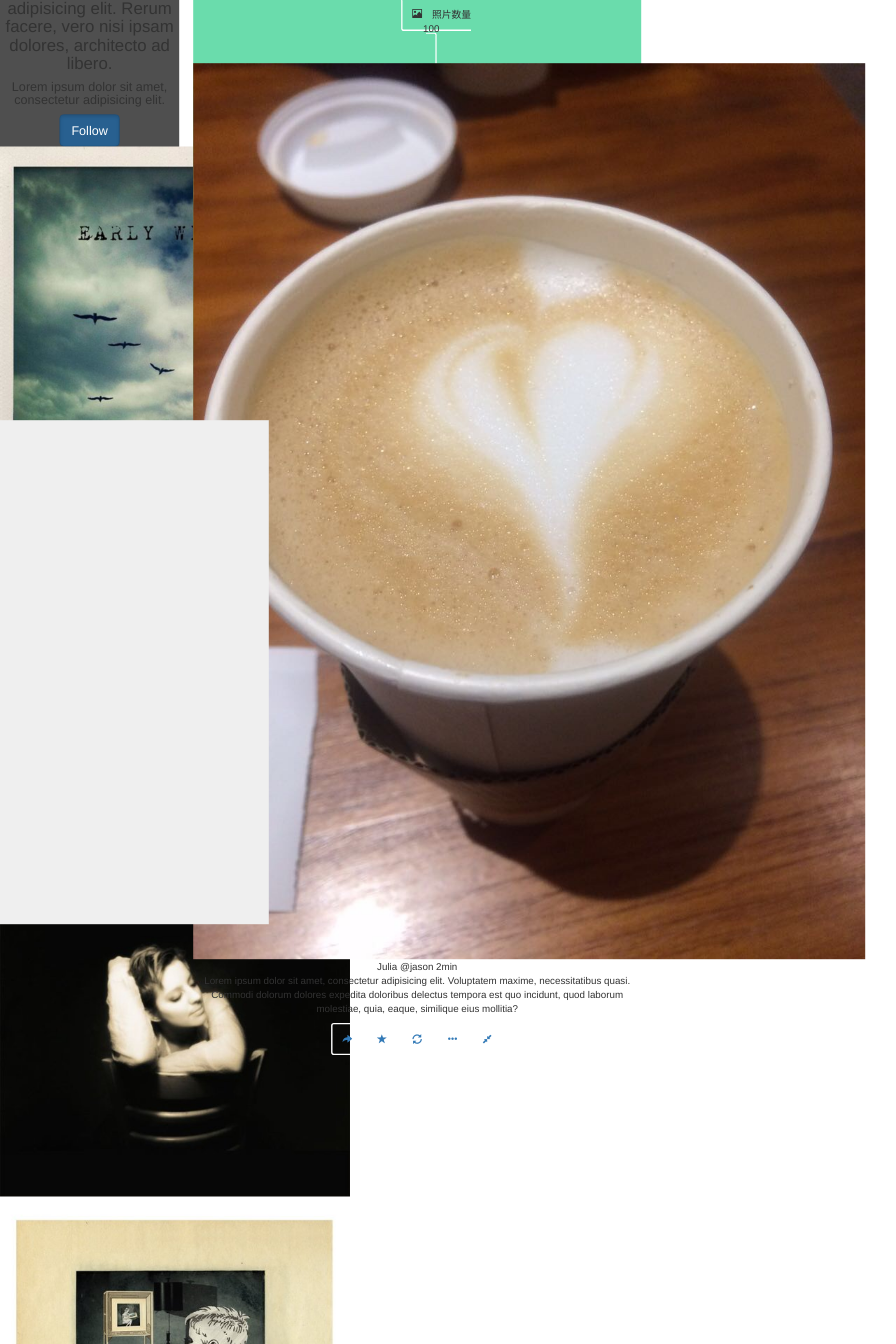
Repository: JasonBour/Beautypedia
Page: http://localhost/profile.php
The author's editor kept a copy of each file at every save. The page is drawn from the files as they stood at one save, then again after the next save.
The browser window is 1280 px wide. The pictures show the part of the page from y = 375 to 2295 px (the page is 4585 px tall), at 70% of full size.
The page is run by PHP 8.4 with error messages shown; the project is at /var/www/html/.

Above is the page before, as saved 2015-09-16 12:54:13.

After the next save:
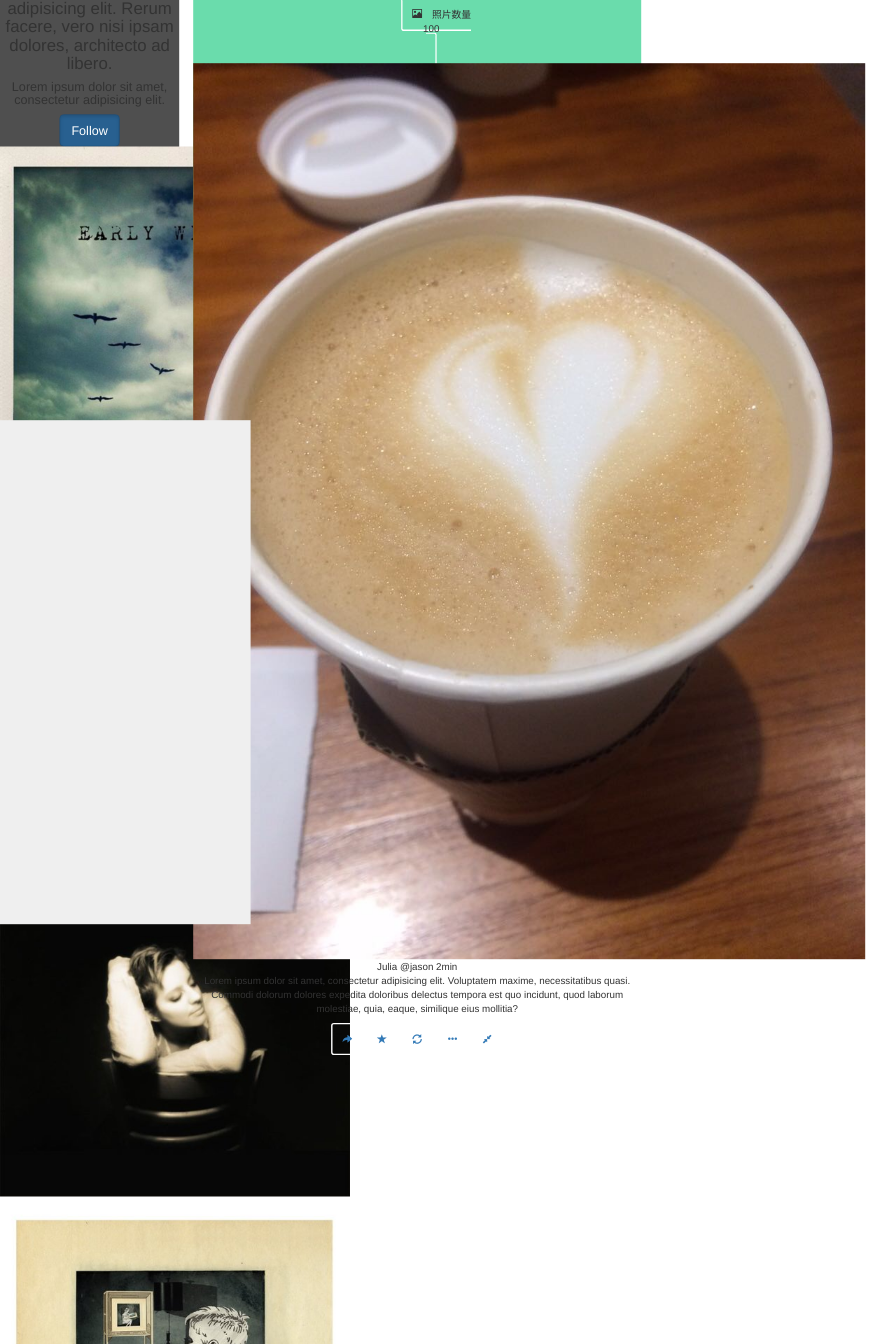
Saved 42 s later.
--- a/Beautypedia/css/profile.css
+++ b/Beautypedia/css/profile.css
@@ -57,7 +57,7 @@ div.center-news{
 
 div.news{
 	float:left;
-  width:30%;
+  width:28%;
 	height:100%;
 	background-color:#efefef;
 }
